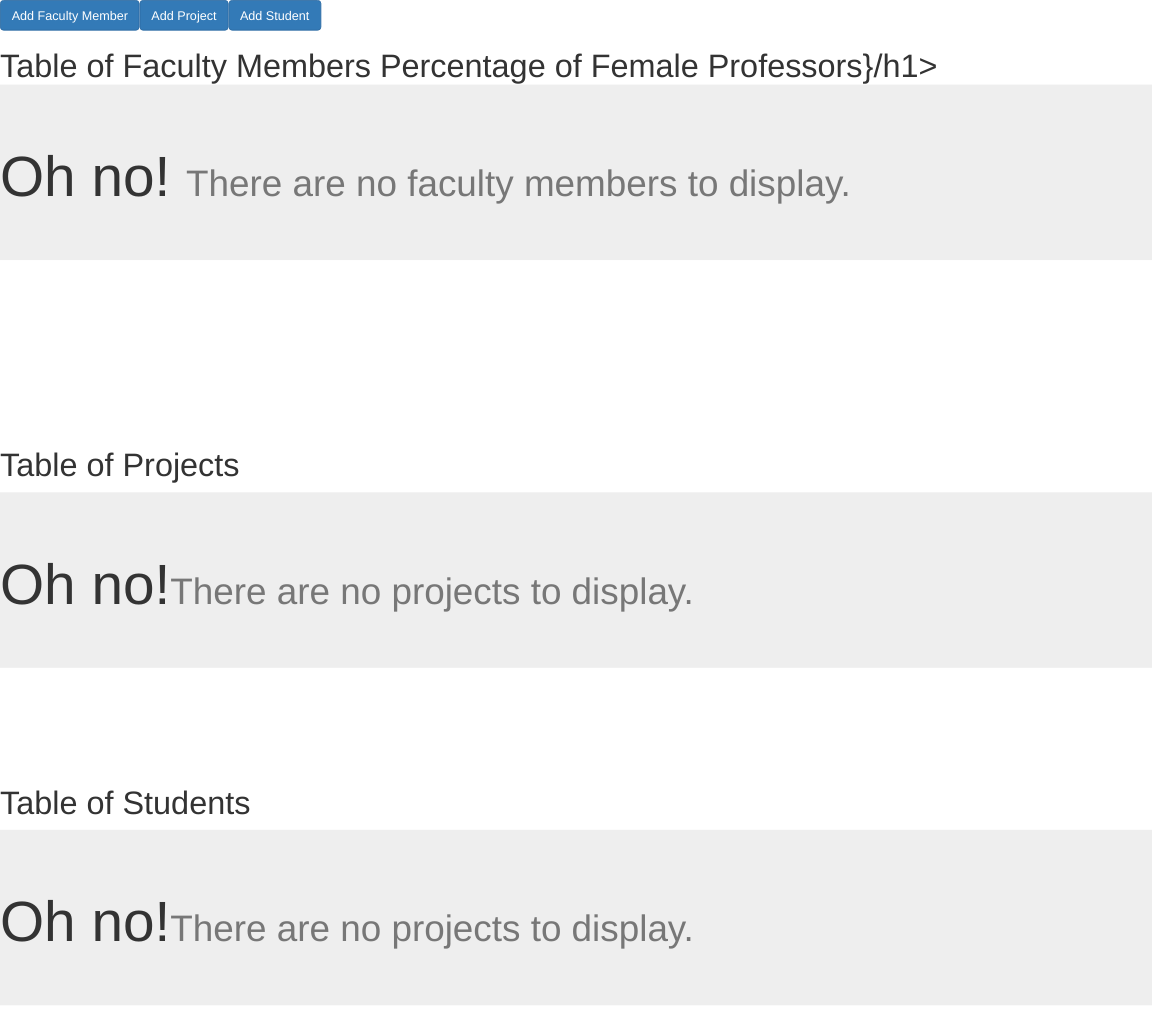
Repository: cpham19/DatabaseSite
Page: http://localhost/database/Table
An editor plug-in stored every save of this project. The page is shown before and after the next save, followed by the edit.
The browser window is 1280 px wide. The pictures show the whole page, at 90% of full size.
The page is served by Tomcat 9. Other server files are loaded and not shown. Queries for data that is not in the repository find no rows.

Above is the page before, as saved 2017-08-05 07:11:49.

### database/src/main/webapp/Table.jsp
<%@ page language="java" contentType="text/html; charset=UTF-8" pageEncoding="UTF-8"%>
<%@ taglib prefix="c" uri="http://java.sun.com/jsp/jstl/core" %>
<%@ taglib prefix="fn" uri="http://java.sun.com/jsp/jstl/functions" %>
<!doctype html>
<html lang="en">
<head>
	<title>Faculty</title>
	<!-- Latest compiled and minified CSS -->
	<link rel="stylesheet" href="https://maxcdn.bootstrapcdn.com/bootstrap/3.3.7/css/bootstrap.min.css" integrity="sha384-BVYiiSIFeK1dGmJRAkycuHAHRg32OmUcww7on3RYdg4Va+PmSTsz/K68vbdEjh4u" crossorigin="anonymous">
</head>
<body>
	<a href="AddFaculty.jsp" class="btn btn-primary" role="button">Add Faculty Member</a><a href="AddProject.jsp" class="btn btn-primary" role="button">Add Project</a><a href="AddStudent.jsp" class="btn btn-primary" role="button">Add Student</a>

	<h1>Table of Faculty Members                      Percentage of Female Professors}/h1>

	<br/>
	<c:if test="${empty faculties}">
		<div class="jumbotron">
			<h1>Oh no! <small>There are no faculty members to display.</small></h1>
		</div>
	</c:if>

	<c:if test="${not empty faculties}">
		<c:forEach items="${faculties}" var="faculty">
			<div class="panel panel-default">
	 			<div class="panel-body">
					<h3>${faculty.name} (${faculty.res_spec})
					 <a href="ViewProfessorProject?name=${faculty.name}&ssn=${faculty.ssn}" class="btn btn-primary" role="button">View Projects</a><a href="DeleteFaculty?id=${faculty.id}&ssn=${faculty.ssn}" class="btn btn-danger" role="button">Delete Faculty</a>
					 <br/>
					</h3>
					<p>Gender: ${faculty.gender} | Age: ${faculty.age} | SSN : ${faculty.ssn}</p>
					<form action="AddProjectToProf" method="post">
							<input type="text" id="prof_ssn" name="prof_ssn" value="${faculty.ssn}">
							<input type="text" id="proj_num" name="proj_num" placeholder="Enter project number">
							<button type="submit" class="btn btn-success btn-block">Add Faculty to Project</button>
					</form>
			    </div>
			</div>
		</c:forEach>
	</c:if>

	<br/>
	<br/>
	<br/>
	<br/>

    <h1>Table of Projects</h1>
	<c:if test="${empty projects}">
		<div class="jumbotron">
			<h1>Oh no!<small>There are no projects to display.</small></h1>
		</div>
	</c:if>

	<c:if test="${not empty projects}">
		<c:forEach items="${projects}" var="project">
 			<div class="pane panel-default">
				 <div class = "pane panel-heading"><h1>Project#${project.projectNum} ${project.sponsorName} | Start: ${project.startingDate}  End: ${project.endingDate} <a href="ViewStudent?proj_num=${project.projectNum}&spon_name=${project.sponsorName}" class="btn btn-primary" role="button">View Students</a><a href="ViewNumberOfPeople?proj_num=${project.projectNum}" class="btn btn-success" role="button">View Number</a><a href="DeleteProject?id=${project.projectNum}" class="btn btn-danger" role="button">Delete Project</a></h1></div>
			</div>
		</c:forEach>
	</c:if>

	<br/>
	<br/>
	<br/>
	<br/>

    <h1>Table of Students</h1>
	<c:if test="${empty students}">
		<div class="jumbotron">
			<h1>Oh no!<small>There are no projects to display.</small></h1>
		</div>
	</c:if>

	<c:if test="${not empty students}">
		<c:forEach items="${students}" var="student">
 			<div class="pane panel-default">
				 <div class = "pane panel-heading">
				 		<h3>${student.name}
				 			<a href="DeleteStudent?id=${student.id}&ssn=${student.ssn}" class="btn btn-danger" role="button">Delete Student</a>
				 		</h3>
				 		<p>Gender: ${student.gender} | Age: ${student.age} | SSN : ${student.ssn}</p>
				 		<form action="AddProjectToStud" method="post">
								<input type="text" id="stud_ssn" name="stud_ssn" value="${student.ssn}">
								<input type="text" id="proj_num" name="proj_num" placeholder="Enter project number">
								<button type="submit" class="btn btn-success btn-block">Add Student to Project</button>
						</form>
				 </div>
			</div>
		</c:forEach>
	</c:if>

</body>
</html>

### database/src/main/java/Table.java
import java.io.IOException;
import java.sql.Connection;
import java.sql.DriverManager;
import java.sql.ResultSet;
import java.sql.SQLException;
import java.sql.Statement;
import java.util.ArrayList;

import javax.servlet.ServletConfig;
import javax.servlet.ServletException;
import javax.servlet.http.HttpServlet;
import javax.servlet.http.HttpServletRequest;
import javax.servlet.http.HttpServletResponse;

public class Table extends HttpServlet
{
	private static final long serialVersionUID = 1L;


	public void init(ServletConfig config) throws ServletException {
		super.init(config);

		try {
			Class.forName("org.postgresql.Driver");
		}
		catch (ClassNotFoundException e) {
			throw new ServletException(e);
		}
	}

	protected void doGet(HttpServletRequest request, HttpServletResponse response) throws ServletException, IOException
	{
		ArrayList<FacultyModel> faculties = new ArrayList<>();
		ArrayList<ProjectModel> projects = new ArrayList<>();
		ArrayList<StudentModel> students = new ArrayList<>();
		double femaleProfessors = 0;

		Connection c = null;
        try
        {
            String url = "jdbc:postgresql://cs1.calstatela.edu:5432/cs4222s29";
            String username = "cs4222s29";
            String password = "Wh0QcrwJ";
            c = DriverManager.getConnection( url, username, password );

            Statement stmt = c.createStatement();

            ResultSet rs = stmt.executeQuery("select * from faculty");

            while (rs.next()) {

            	FacultyModel entry = new FacultyModel(rs.getInt("id"), rs.getString("ssn"), rs.getString("name"), rs.getInt("age"),
            										  rs.getString("gender"), rs.getString("rank"), rs.getString("res_spec"));

            	faculties.add(entry);
 			}

            rs = stmt.executeQuery("select * from project");

            while (rs.next()) {

            	ProjectModel entry = new ProjectModel(rs.getInt("project_num"), rs.getString("sponsor_name"), rs.getString("starting_date"), rs.getString("ending_date"));

            	projects.add(entry);
 			}

           rs = stmt.executeQuery("select * from student");

            while (rs.next()) {

            	StudentModel entry = new StudentModel(rs.getInt("id"), rs.getString("ssn"), rs.getString("name"), rs.getInt("age"), rs.getString("gender"), rs.getString("degree"));

            	students.add(entry);
 			}

            rs = stmt.executeQuery("select female_faculty();");


            while (rs.next()) {
            	femaleProfessors = rs.getDouble("female_faculty()");
 			}
        }

        catch( SQLException e ) {

            throw new ServletException( e );

        }

        finally {

            try {

                if( c != null ) c.close();

            }

            catch( SQLException e ) {

                throw new ServletException( e );

            }

        }

        request.setAttribute("faculties", faculties);
        request.setAttribute("projects", projects);
        request.setAttribute("students", students);
        request.setAttribute("femaleProfessors", femaleProfessors);

        request.getRequestDispatcher("Table.jsp").forward(request,response);
	}


	protected void doPost(HttpServletRequest request, HttpServletResponse response) throws ServletException, IOException
	{
		doGet(request, response);
	}

}

After the next save:
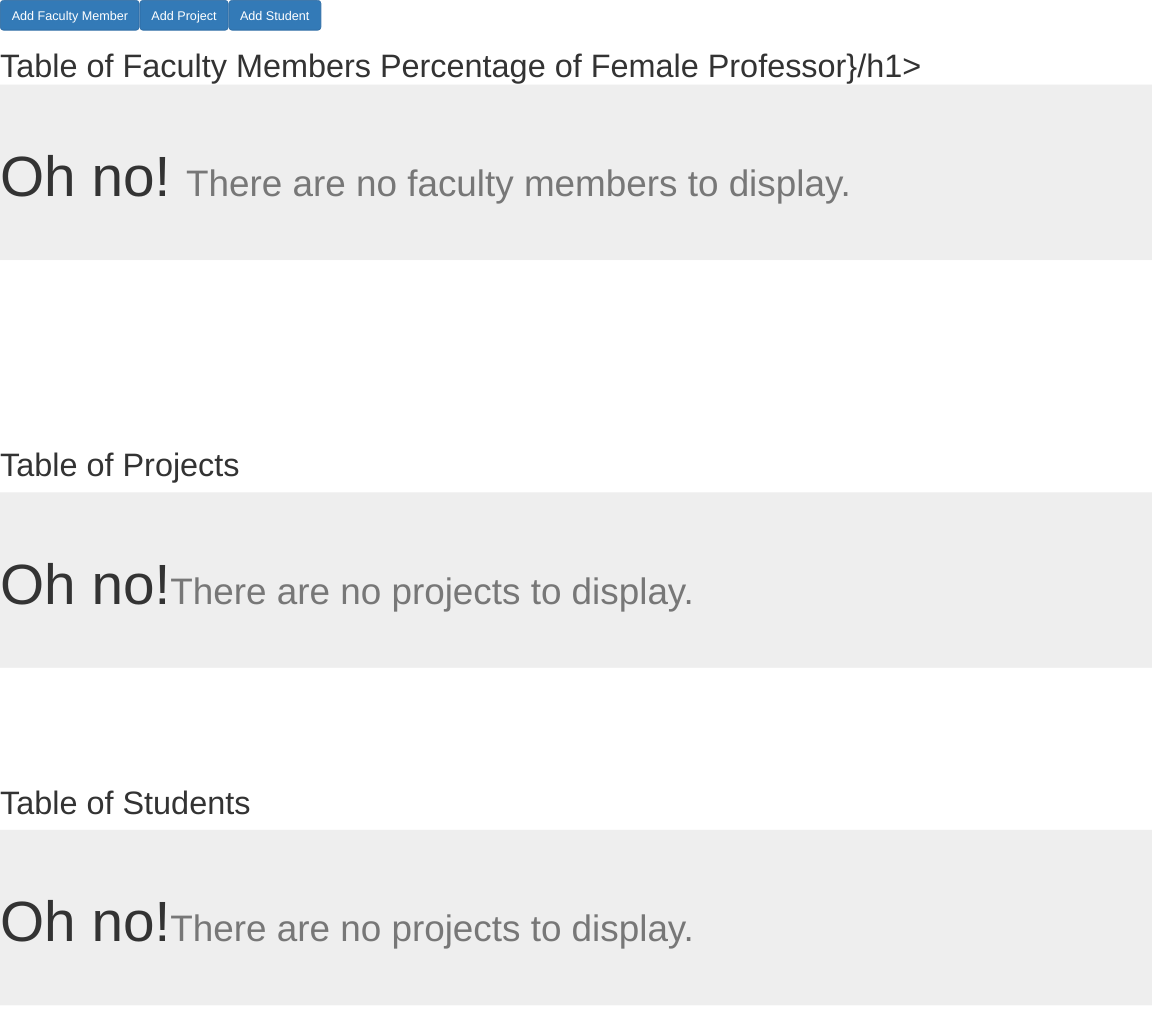
Saved 5 s later.
--- a/database/src/main/webapp/Table.jsp
+++ b/database/src/main/webapp/Table.jsp
@@ -11,7 +11,7 @@
 <body>
 	<a href="AddFaculty.jsp" class="btn btn-primary" role="button">Add Faculty Member</a><a href="AddProject.jsp" class="btn btn-primary" role="button">Add Project</a><a href="AddStudent.jsp" class="btn btn-primary" role="button">Add Student</a>
 
-	<h1>Table of Faculty Members                      Percentage of Female Professors}/h1>
+	<h1>Table of Faculty Members                      Percentage of Female Professor}/h1>
 
 	<br/>
 	<c:if test="${empty faculties}">
